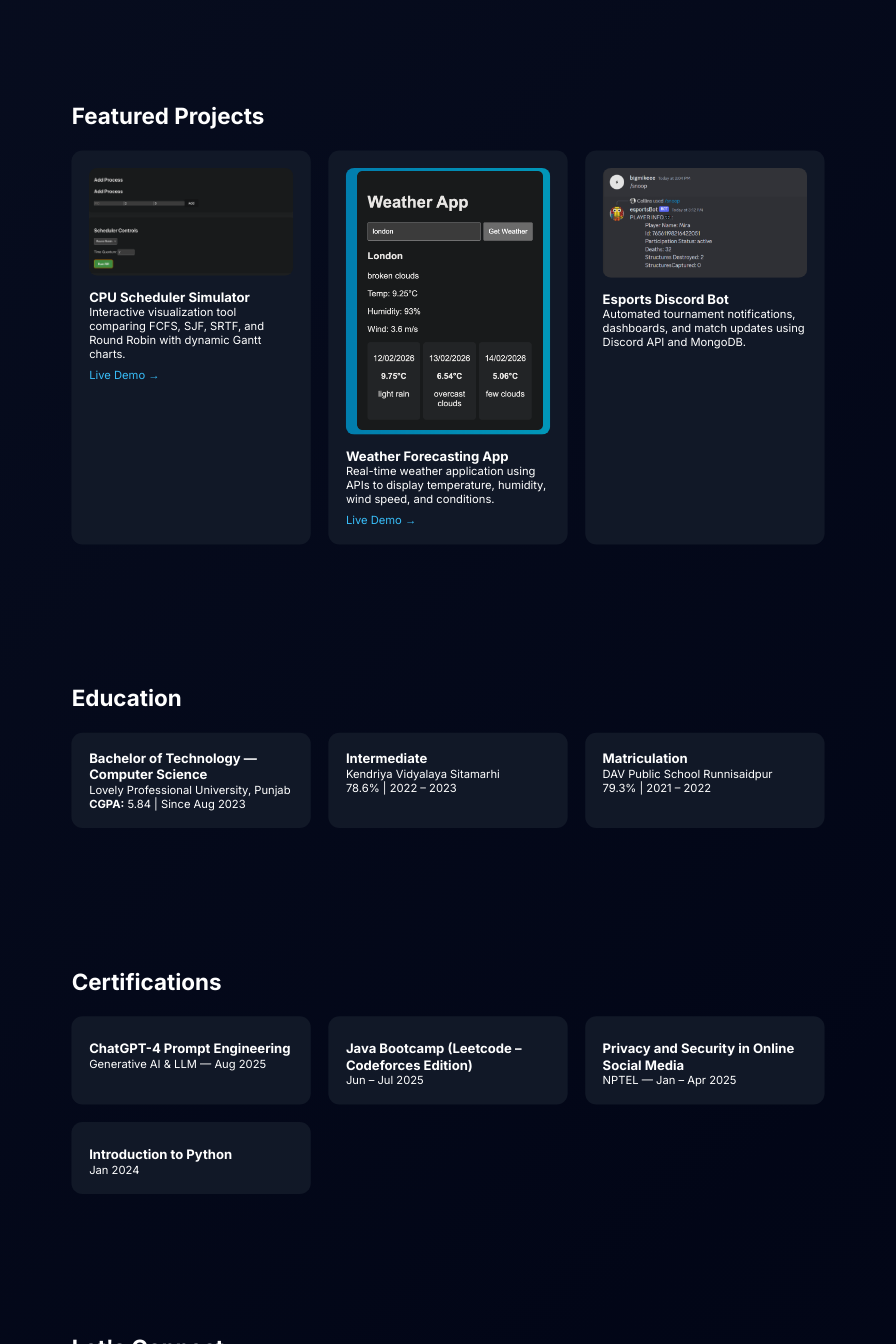
Repository: Aditya2419/My-Portfolio
Page: index.html
These files come from the project's save history. The page is drawn as it stood at one moment and after the next save; the edit follows.
The browser window is 1280 px wide. The pictures show the part of the page from y = 1827 to 3747 px (the page is 4239 px tall), at 70% of full size.

Above is the page before, as saved 2026-02-12 19:00:38.
Console error: TypeError: Cannot set properties of null (setting 'textContent')

### index.html
<!DOCTYPE html>
<html lang="en">
<head>
<meta charset="UTF-8">
<meta name="viewport" content="width=device-width, initial-scale=1.0">
<link rel="stylesheet" href="https://cdn.jsdelivr.net/gh/devicons/devicon@latest/devicon.min.css">


<title>Aditya Kumar | Cloud & Software Developer</title>

<link rel="stylesheet" href="style.css">
<script src="script.js"></script>

<!-- Google Font -->
<link href="https://fonts.googleapis.com/css2?family=Inter:wght@300;400;600;700&display=swap" rel="stylesheet">

</head>
<body>

<header>
    <div class="logo">Aditya.</div>

    <nav>
        <a href="#about">About</a>
        <a href="#skills">Skills</a>
        <a href="#projects">Projects</a>
        <a href="#contact">Contact</a>
        <a href="#education">Education</a>
        <a href="#certifications">Certifications</a>
    </nav>

    <a class="resume-btn" href="resume.pdf" target="_blank">View Resume</a>
</header>


<!-- HERO -->
<section class="hero">

    <h1>Hi, I'm <span>Aditya Kumar</span></h1>

    <h2 id="typing"></h2>
    <p class="hero-tagline">
    B.Tech CSE | AWS & Cloud Developer
    </p>

    <p>
        Cloud-focused developer specializing in AWS, containerization,
        and scalable web applications.
    </p>

    <div class="hero-buttons">
        <a class="primary" href="#projects">View Work</a>
        <a class="secondary" href="#contact">Contact</a>
        <a class="secondary" href="https://github.com/Aditya2419" target="_blank">
            GitHub →
            </a>

    </div>

</section>


<!-- ABOUT -->
<section id="about" class="about">

    <h2>About Me</h2>

    <div class="about-container">

        <div class="about-image">
            <img src="images/profile.png" alt="Aditya Kumar">
        </div>

        <div class="about-text">

            <p>
            I am a Computer Science undergraduate with a strong interest in
            cloud computing, backend systems, and scalable architecture.
            </p>

            <p>
            Skilled in AWS, Docker, Kubernetes, and modern web technologies,
            I enjoy building efficient applications that solve real-world problems.
            </p>

            <p>
            My goal is to grow into a high-impact software engineer and contribute
            to innovative engineering teams.
            </p>

            <div class="about-highlights">
                <span>📍 India</span>
                <span>🎓 B.Tech CSE</span>
                <span>☁️ AWS Focused</span>
                <span>💻 Backend Enthusiast</span>
            </div>

        </div>

    </div>

    </section>


    <section id="skills">

        <h2>Technical Skills</h2>

        <div class="skills-icons">

        <div>
        <i class="devicon-cplusplus-plain"></i>
        <p>C++</p>
        </div>

        <div>
        <i class="devicon-java-plain"></i>
        <p>Java</p>
        </div>

        <div>
        <i class="devicon-python-plain"></i>
        <p>Python</p>
        </div>

        <div>
        <i class="devicon-javascript-plain"></i>
        <p>JavaScript</p>
        </div>

        <div>
        <i class="devicon-amazonwebservices-original"></i>
        <p>AWS</p>
        </div>

        <div>
        <i class="devicon-docker-plain"></i>
        <p>Docker</p>
        </div>

        <div>
        <i class="devicon-kubernetes-plain"></i>
        <p>Kubernetes</p>
        </div>

        <div>
        <i class="devicon-flask-original"></i>
        <p>Flask</p>
        </div>

        <div>
        <i class="devicon-mysql-plain"></i>
        <p>MySQL</p>
        </div>

        <div>
        <i class="devicon-mongodb-plain"></i>
        <p>MongoDB</p>
        </div>

        <div>
        <i class="devicon-git-plain"></i>
        <p>Git</p>
        </div>

        </div>

        </section>

<!-- PROJECTS -->
<section id="projects">

<h2>Featured Projects</h2>

<div class="projects">


<div class="card">
    <img src="images/scheduler.png" class="project-img">
<h3>CPU Scheduler Simulator</h3>

<p>
Interactive visualization tool comparing FCFS, SJF, SRTF,
and Round Robin with dynamic Gantt charts.
</p>

<a href="https://cpu-scheduling-simulator-4wlb1ttw0.vercel.app" target="_blank">
Live Demo →
</a>

</div>



<div class="card">
    <img src="images/weather.png" class="project-img">
<h3>Weather Forecasting App</h3>

<p>
Real-time weather application using APIs to display
temperature, humidity, wind speed, and conditions.
</p>

<a href="https://aditya2419.github.io/weather-frontend/" target="_blank">
Live Demo →
</a>

</div>



<div class="card">
    <img src="images/bot.png" class="project-img">
<h3>Esports Discord Bot</h3>

<p>
Automated tournament notifications, dashboards,
and match updates using Discord API and MongoDB.
</p>

</div>

</div>

</section>
<!-- EDUCATION -->
<section id="education">

    <h2>Education</h2>

    <div class="projects">

    <div class="card">
    <h3>Bachelor of Technology — Computer Science</h3>
    <p>Lovely Professional University, Punjab</p>
    <p><strong>CGPA:</strong> 5.84 | Since Aug 2023</p>
    </div>

    <div class="card">
    <h3>Intermediate</h3>
    <p>Kendriya Vidyalaya Sitamarhi</p>
    <p>78.6% | 2022 – 2023</p>
    </div>

    <div class="card">
    <h3>Matriculation</h3>
    <p>DAV Public School Runnisaidpur</p>
    <p>79.3% | 2021 – 2022</p>
    </div>

    </div>

</section>

<!-- CERTIFICATIONS -->
<section id="certifications">

    <h2>Certifications</h2>

    <div class="projects">

    <div class="card">
    <h3>
    <a href="https://drive.google.com/file/d/1bpA1KNv8N4ChRP6UIxs_J1NP4xzPBY3m/view" target="_blank">
    ChatGPT-4 Prompt Engineering
    </a>
    </h3>
    <p>Generative AI & LLM — Aug 2025</p>
    </div>

    <div class="card">
    <h3>
    <a href="https://drive.google.com/file/d/1_-lkyhS2wFa6cdMRbgvlgeUwSiBqU3-Z/view" target="_blank">
    Java Bootcamp (Leetcode – Codeforces Edition)
    </a>
    </h3>
    <p>Jun – Jul 2025</p>
    </div>

    <div class="card">
    <h3>
    <a href="https://drive.google.com/file/d/1noZRTg-AfS7GcR5dral7fzjXNraqbe52/view" target="_blank">
    Privacy and Security in Online Social Media
    </a>
    </h3>
    <p>NPTEL — Jan – Apr 2025</p>
    </div>

    <div class="card">
    <h3>
    <a href="https://drive.google.com/file/d/1WTntSK6iUu-itrrXM8JNScn81ZU8ITXu/view" target="_blank">
    Introduction to Python
    </a>
    </h3>
    <p>Jan 2024</p>
    </div>

    </div>

    </section>

    <section id="contact">

        <h2>Let's Connect</h2>

        <form action="https://formsubmit.co/aditya312004pandey@gmail.com" method="POST">

        <input type="text" name="name" placeholder="Your Name" required>

        <input type="email" name="email" placeholder="Your Email" required>

        <textarea name="message" placeholder="Your Message" required></textarea>

        <button type="submit">Send Message</button>

        </form>

        </section>


<footer>
© 2026 Aditya Kumar — Built for impact.
</footer>


<script src="script.js"></script>

</body>
</html>

### style.css
/* GLOBAL RESET */

*{
    margin:0;
    padding:0;
    box-sizing:border-box;
    font-family:'Inter',sans-serif;
    }

    html{
    scroll-behavior:smooth;
    }

    /* ANIMATED BACKGROUND */

    body{
    background: linear-gradient(-45deg, #0b0f19, #020617, #0f172a, #020617);
    background-size: 400% 400%;
    animation: gradientMove 12s ease infinite;
    color:white;
    }

    @keyframes gradientMove{
    0%{background-position:0% 50%;}
    50%{background-position:100% 50%;}
    100%{background-position:0% 50%;}
    }


    /* 🔥 GLASS NAVBAR */

    header{
    display:flex;
    justify-content:space-between;
    align-items:center;
    padding:20px 8%;
    position:sticky;
    top:0;
    background:rgba(2,6,23,.6);
    backdrop-filter: blur(12px);
    border-bottom:1px solid rgba(255,255,255,.05);
    z-index:999;
    }

    .logo{
    font-weight:700;
    font-size:22px;
    }

    nav a{
    margin:0 15px;
    text-decoration:none;
    color:#cbd5e1;
    transition:.3s;
    }

    nav a:hover{
    color:#38bdf8;
    }

    .resume-btn{
    background:#22c55e;
    padding:8px 16px;
    border-radius:8px;
    text-decoration:none;
    color:black;
    font-weight:600;
    transition:.3s;
    }

    .resume-btn:hover{
    transform:scale(1.05);
    }


    /* HERO */

    .hero{
    height:90vh;
    display:flex;
    flex-direction:column;
    justify-content:center;
    align-items:center;
    text-align:center;
    padding:0 20px;
    }

    .hero span{
    color:#38bdf8;
    }

    .hero h1{
    font-size:56px;
    }

    .hero h2{
    margin:10px 0;
    color:#94a3b8;
    }

    .hero-tagline{
    margin-top:10px;
    color:#94a3b8;
    }

    .hero-buttons{
    margin-top:20px;
    }

    .primary{
    background:#38bdf8;
    padding:12px 26px;
    border-radius:10px;
    text-decoration:none;
    color:black;
    margin-right:10px;
    transition:.3s;
    }

    .primary:hover{
    transform:translateY(-3px);
    }

    .secondary{
    border:1px solid #38bdf8;
    padding:12px 26px;
    border-radius:10px;
    text-decoration:none;
    color:#38bdf8;
    transition:.3s;
    }

    .secondary:hover{
    background:#38bdf8;
    color:black;
    }


    /* SECTIONS */

    section{
    padding:100px 8%;
    }

    h2{
    font-size:32px;
    margin-bottom:30px;
    }


    /* ABOUT */

    .about-container{
    display:flex;
    align-items:center;
    gap:60px;
    flex-wrap:wrap;
    margin-top:40px;
    }

    .about-image img{
    width:260px;
    border-radius:20px;
    box-shadow:0 20px 40px rgba(0,0,0,.5);
    transition:.4s;
    }

    .about-image img:hover{
    transform:scale(1.05);
    }

    .about-text{
    flex:1;
    min-width:280px;
    }

    .about-text p{
    margin-bottom:18px;
    color:#cbd5e1;
    line-height:1.7;
    }

    .about-highlights{
    margin-top:20px;
    display:flex;
    gap:12px;
    flex-wrap:wrap;
    }

    .about-highlights span{
    background:#111827;
    padding:8px 14px;
    border-radius:20px;
    font-size:14px;
    }


    /* SKILLS ICON GRID */

    .skills-icons{
    display:grid;
    grid-template-columns:repeat(auto-fit,minmax(120px,1fr));
    gap:30px;
    text-align:center;
    margin-top:40px;
    }

    .skills-icons i{
    font-size:50px;
    color:#38bdf8;
    }

    .skills-icons div{
    background:#111827;
    padding:20px;
    border-radius:16px;
    transition:.3s;
    }

    .skills-icons div:hover{
    transform:translateY(-6px);
    }


    /* PROJECTS */

    .projects{
    display:grid;
    grid-template-columns:repeat(auto-fit,minmax(280px,1fr));
    gap:25px;
    }

    .card{
    background:#111827;
    padding:25px;
    border-radius:16px;
    transition:.3s;
    }

    .card:hover{
    transform:translateY(-8px);
    box-shadow:0 10px 30px rgba(0,0,0,.4);
    }

    .project-img{
    width:100%;
    border-radius:12px;
    margin-bottom:15px;
    }

    .card a{
    display:inline-block;
    margin-top:10px;
    color:#38bdf8;
    text-decoration:none;
    }

    .card h3 a{
    color:white;
    }

    .card h3 a:hover{
    color:#38bdf8;
    }


    /* CONTACT FORM */

    form{
    max-width:600px;
    margin:auto;
    display:flex;
    flex-direction:column;
    gap:15px;
    }

    input, textarea{
    padding:14px;
    border-radius:8px;
    border:none;
    background:#111827;
    color:white;
    }

    button{
    padding:14px;
    border:none;
    background:#38bdf8;
    color:black;
    font-weight:600;
    border-radius:8px;
    cursor:pointer;
    transition:.3s;
    }

    button:hover{
    transform:translateY(-2px);
    }


    /* FOOTER */

    footer{
    text-align:center;
    padding:40px;
    color:#94a3b8;
    }

### script.js
const roles = [
    "Cloud Developer",
    "AWS Enthusiast",
    "Software Engineer",
    "DevOps Learner"
    ];

    let index = 0;
    let charIndex = 0;
    let current = "";
    let isDeleting = false;

    function type(){

    const element = document.getElementById("typing");

    if(index >= roles.length) index = 0;

    current = roles[index];

    if(!isDeleting){
    element.textContent = current.substring(0,charIndex++);
    if(charIndex > current.length){
    isDeleting = true;
    setTimeout(type,1000);
    return;
    }
    }
    else{
    element.textContent = current.substring(0,charIndex--);
    if(charIndex === 0){
    isDeleting = false;
    index++;
    }
    }

    setTimeout(type,60);
    }

    type();

After the next save:
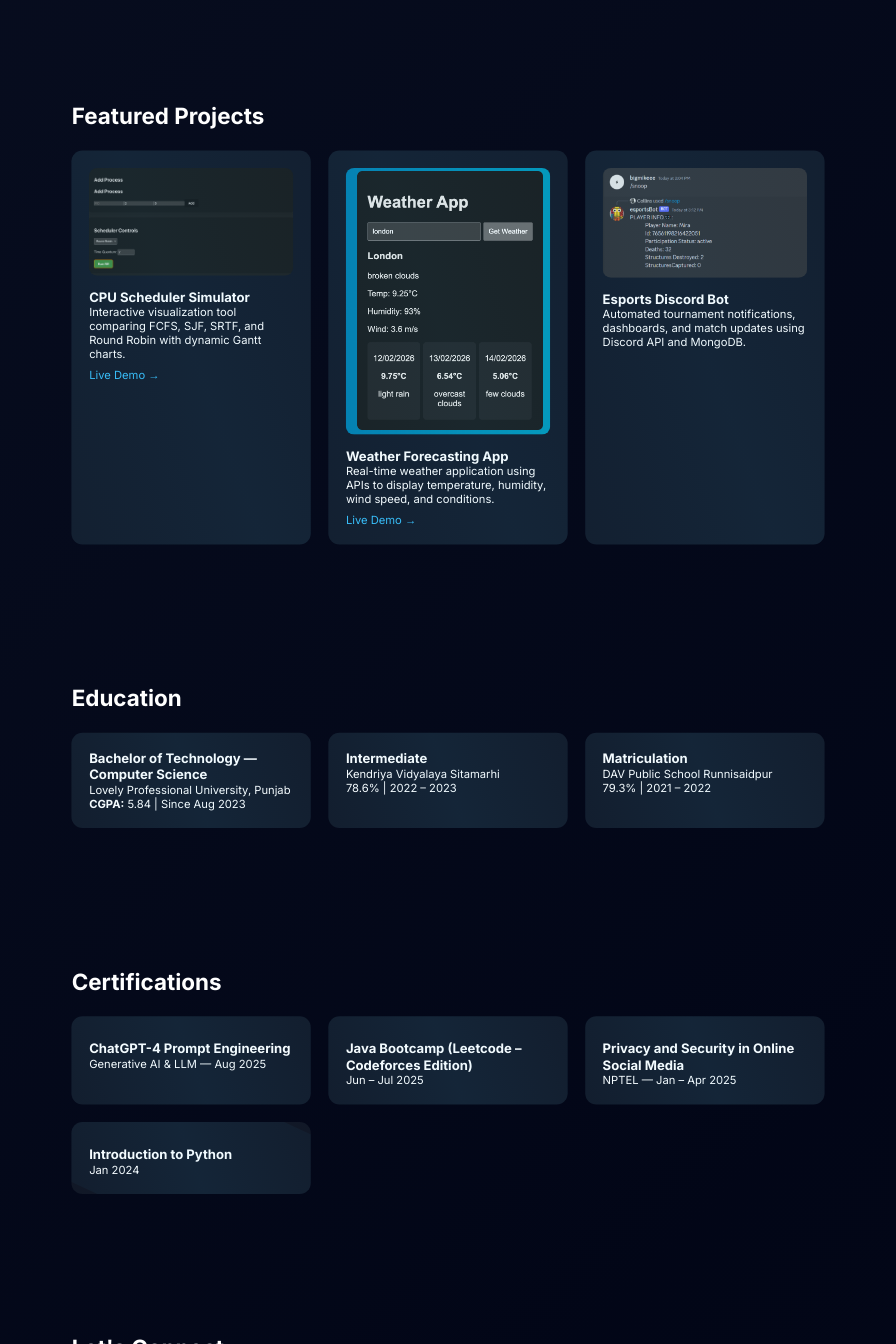
Saved 41 h 40 min later.
--- a/style.css
+++ b/style.css
@@ -262,6 +262,23 @@
     .card h3 a:hover{
     color:#38bdf8;
     }
+    .card{
+        position:relative;
+        overflow:hidden;
+        }
+
+        .card::before{
+        content:"";
+        position:absolute;
+        width:200%;
+        height:200%;
+        background:linear-gradient(45deg,transparent,#38bdf8,transparent);
+        top:-50%;
+        left:-50%;
+        opacity:.08;
+        transform:rotate(25deg);
+    }
+
 
 
     /* CONTACT FORM */
